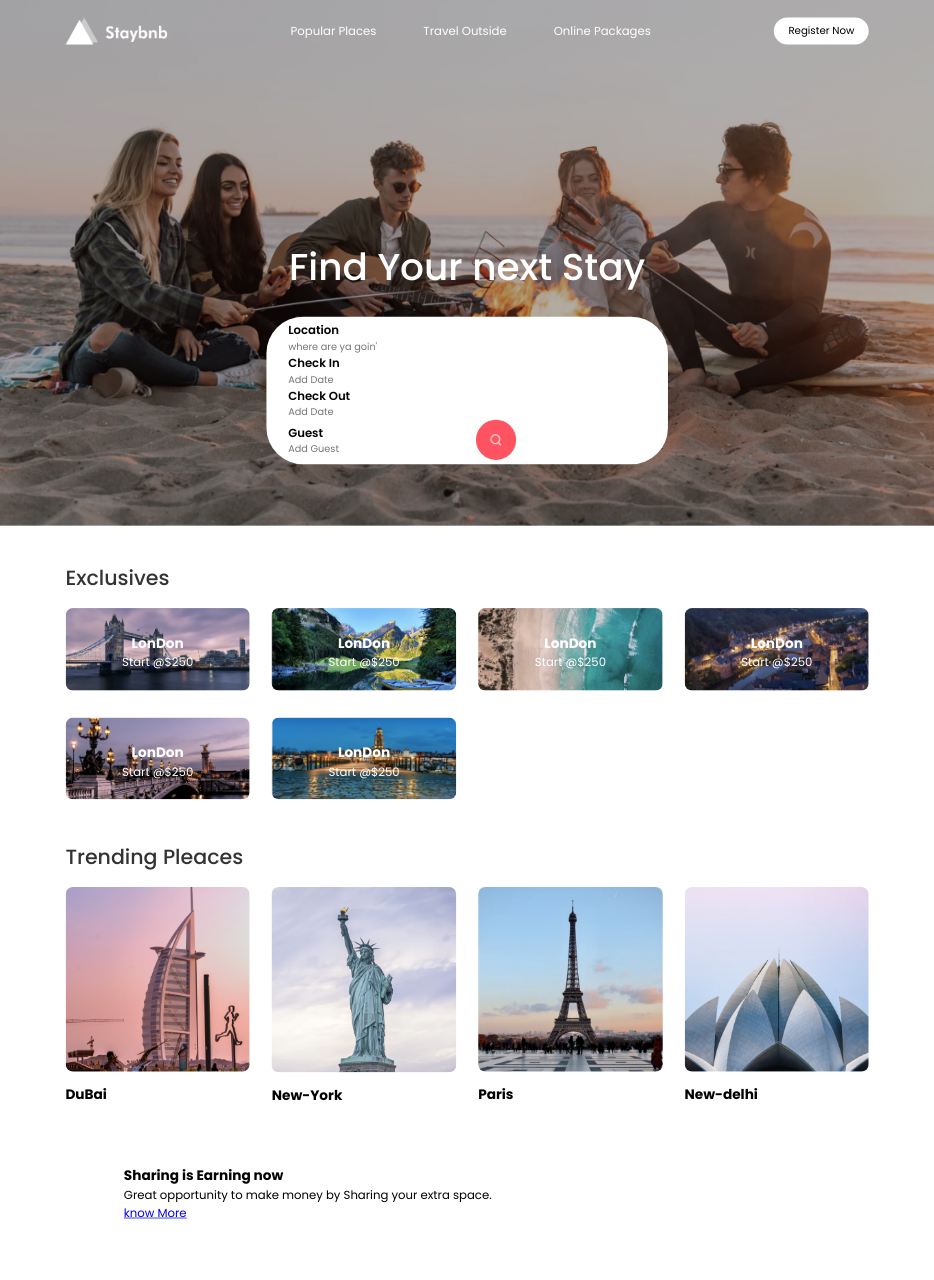
Repository: pinocoding/AirBnB
Page: house.html
These files come from the project's save history. The page is drawn as it stood at one moment and after the next save; the edit follows.
The browser window is 1280 px wide. The pictures show the whole page, at 73% of full size.

Above is the page before, as saved 2022-01-23 15:42:26.

After the next save:
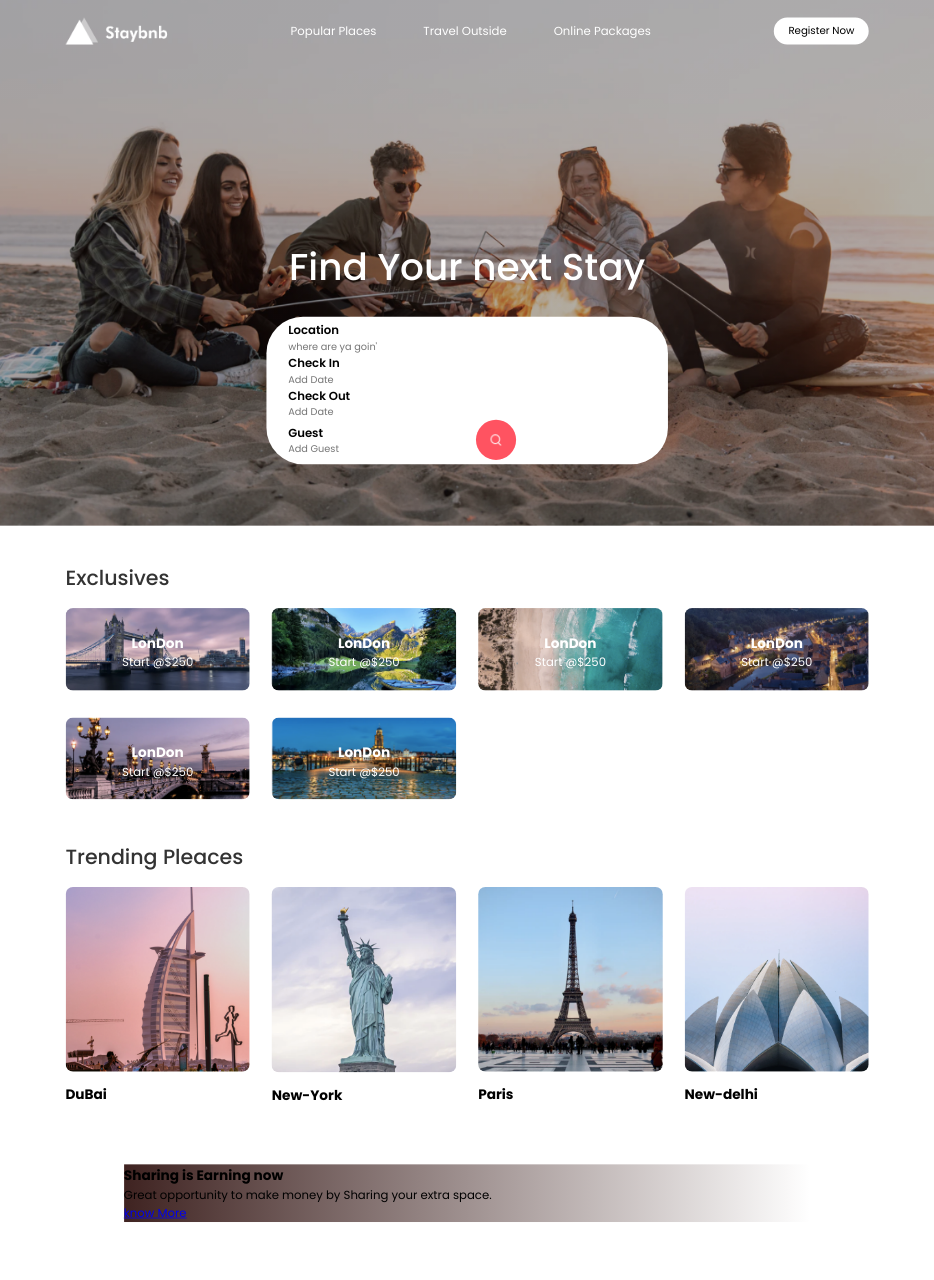
Saved 24 s later.
--- a/style.css
+++ b/style.css
@@ -147,4 +147,5 @@ padding-top: 22%
 /* -----Call to action --- */
 .cta {
   margin : 80px ;
+  background-image: linear-gradient(to right, #3f2321,transparent);
 }
